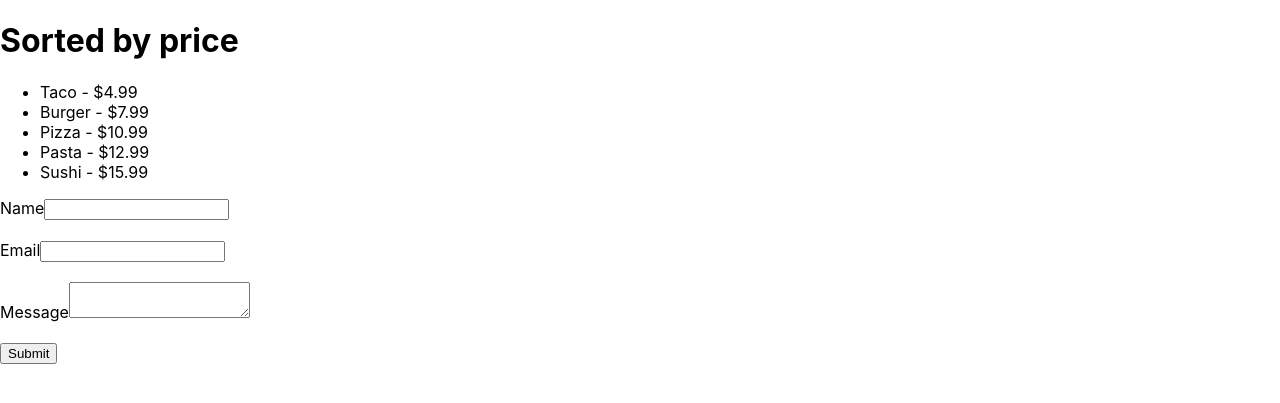
Repository: badhon252/Fullstack-Rect
Page: /
These files come from the project's save history. The page is drawn as it stood at one moment and after the next save; the edit follows.
The browser window is 1280 px wide. The pictures show the whole page.
The project was rebuilt for these pictures with package versions that can differ from the ones it lists, and the page was loaded fresh each time. Also part of the build but not shown: src/App.css.

Above is the page before, as saved 2023-04-13 16:49:32.

After the next save:
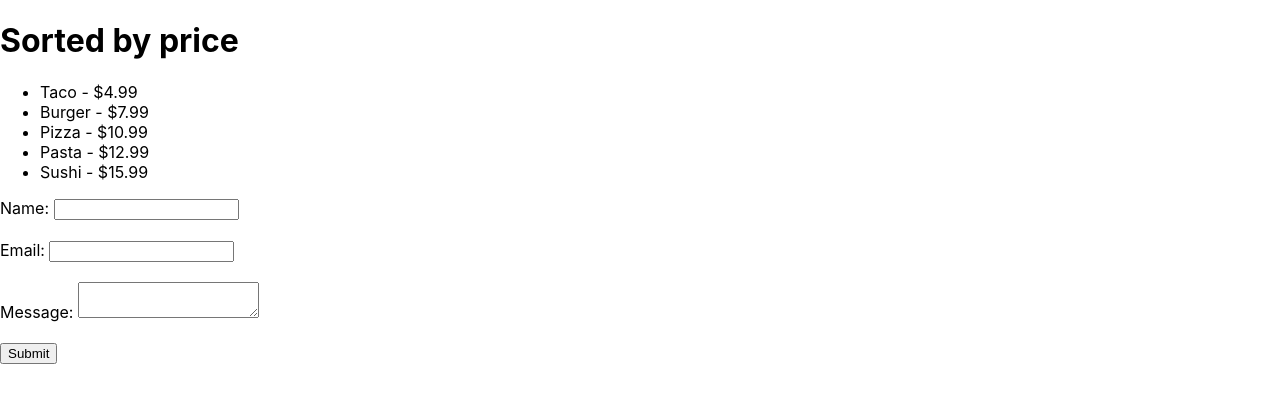
Saved 15 s later.
--- a/src/App.js
+++ b/src/App.js
@@ -56,15 +56,15 @@ function App() {
       <ul>{listItem}</ul>
 
       <form onSubmit={handleSubmit}>
-        <label htmlFor="name">Name</label>
+        <label htmlFor="name">Name: </label>
         <input type="text" id="name" name="name" />
         <br />
         <br />
-        <label htmlFor="email">Email</label>
+        <label htmlFor="email">Email: </label>
         <input type="email" id="email" name="email" />
         <br />
         <br />
-        <label htmlFor="message">Message</label>
+        <label htmlFor="message">Message: </label>
         <textarea id="message" name="message" />
         <br />
         <br />
